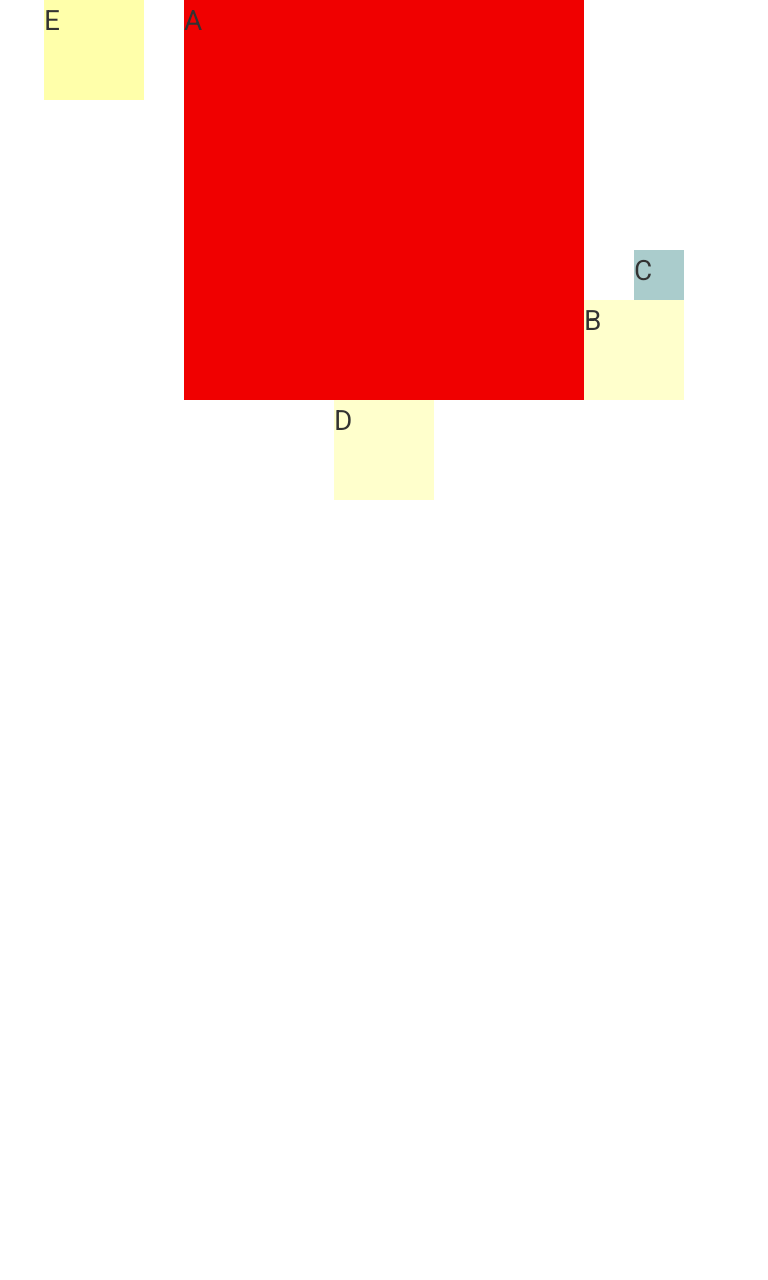
Repository: ablanchard/formation-android
Layout: Bonus/res/layout/fragment_main.xml
An editor plug-in stored every save of this project. The layout is shown before and after the next save, followed by the edit.
It is drawn on a 768 x 1280 px phone screen (xhdpi) without system bars, with theme AppTheme; the app's code is not run.

Above is the layout before, as saved 2014-04-29 09:55:15.

### Bonus/res/layout/fragment_main.xml
<RelativeLayout xmlns:android="http://schemas.android.com/apk/res/android"
    xmlns:tools="http://schemas.android.com/tools"
    android:layout_width="match_parent"
    android:layout_height="match_parent"
    tools:context="com.example.bonus.MainActivity$PlaceholderFragment" >


    <TextView
        android:layout_width="50dp"
        android:layout_height="50dp"
        android:text="E"
        android:layout_marginRight="20dp"
        android:background="#FFFFFFAA"
        android:layout_toLeftOf="@+id/A"
        android:layout_alignParentTop="true"
        android:id="@+id/E"/>

     <TextView
        android:layout_width="200dp"
        android:layout_height="200dp"
        android:text="A"
        android:id="@+id/A"
        android:background="#FFF00000"
        android:layout_centerHorizontal="true"
        android:layout_alignParentTop="true"/>

     <TextView
        android:layout_width="50dp"
        android:layout_height="50dp"
        android:text="D"
        android:id="@+id/D"
        android:background="#FFFFFFCC"
        android:layout_centerHorizontal="true"
        android:layout_below="@+id/A"/>
     <TextView
        android:layout_width="50dp"
        android:layout_height="50dp"
        android:text="B"
        android:id="@+id/B"
        android:background="#FFFFFFCC"
        android:layout_toRightOf="@+id/A"
        android:layout_alignBottom="@+id/A"/>

     <TextView
        android:layout_width="25dp"
        android:layout_height="25dp"
        android:text="C"
        android:id="@+id/C"
        android:background="#FFAACCCC"
        android:layout_above="@+id/B"
        android:layout_alignRight="@+id/B"/>


</RelativeLayout>

Loaded but not shown: Bonus/res/values/styles.xml (common file); Bonus/res/values-v11/styles.xml (common file); Bonus/res/values-v14/styles.xml (common file)

After the next save:
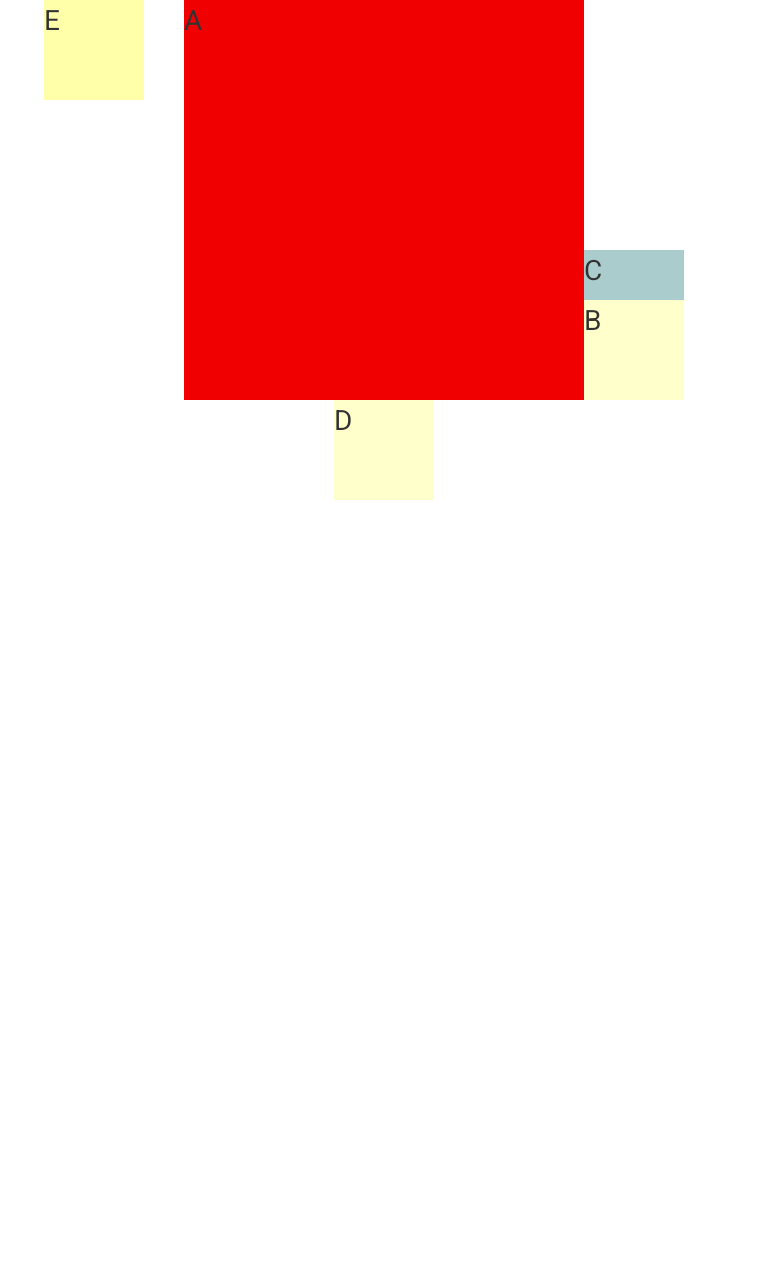
Saved 15 min 16 s later.
--- a/Bonus/res/layout/fragment_main.xml
+++ b/Bonus/res/layout/fragment_main.xml
@@ -48,7 +48,8 @@
         android:id="@+id/C"
         android:background="#FFAACCCC"
         android:layout_above="@+id/B"
-        android:layout_alignRight="@+id/B"/>
+        android:layout_alignRight="@+id/B"
+        android:layout_alignLeft="@+id/B"/>
 
 
 </RelativeLayout>
